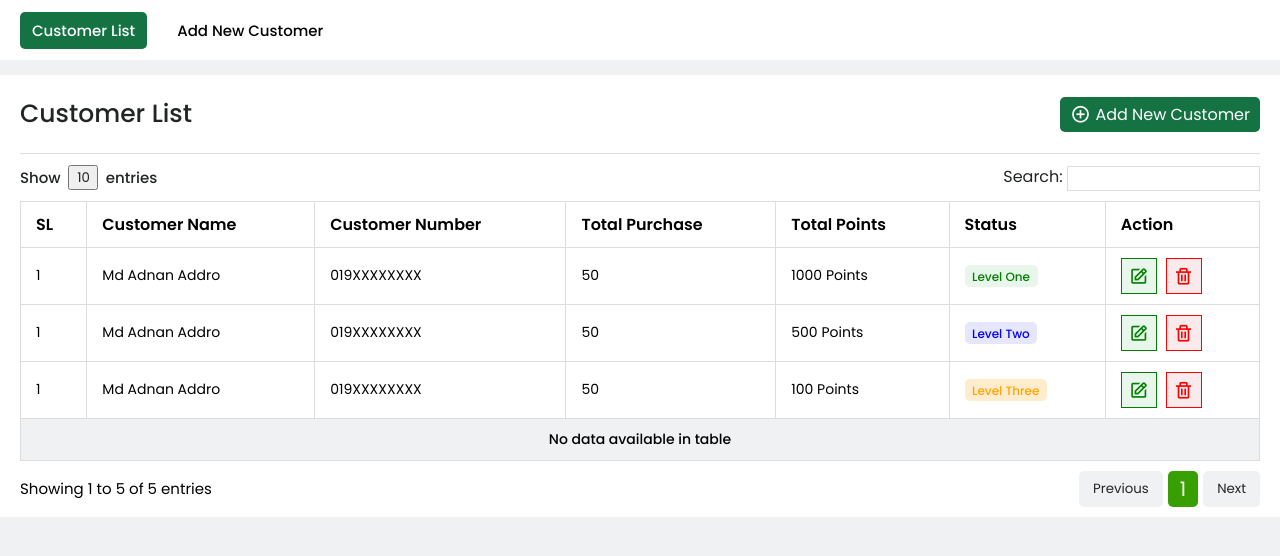
Repository: codebyaddro/customer-page
Page: customer.html
These files come from the project's save history. The page is drawn as it stood at one moment and after a run of saves; the edit follows.
The browser window is 1280 px wide. The pictures show the whole page.

Above is the page before, as saved 2025-02-20 14:52:40.

### customer.html
<!DOCTYPE html>
<html lang="en">
<head>
    <meta charset="UTF-8">
    <meta name="viewport" content="width=device-width, initial-scale=1.0">
    <!-- CSS -->
    <link rel="stylesheet" href="css/customer.css">
    <!-- Icons -->
    <link href='https://unpkg.com/boxicons@2.1.4/css/boxicons.min.css' rel='stylesheet'>
    <title>Customer - Page</title>
</head>
<body style="background-color: var(--gray-white);">
    <div class="cba-customer-container">
        <div class="cba-cusc-top-menus">
            <ul>
                <li><a href="/index.html" class="cba-cusc-active-menu">Customer List</a></li>
                <li><a href="/inner-pages/html/anc.html" class="cba-cusc-light-up">Add New Customer</a></li>
            </ul>
        </div>
        <div class="cba-cusc-list-container">
            <div class="cba-cusc-heading-add-new-btn">
                <div class="cba-cusc-heading">
                    <h2>Customer List</h2>
                </div>
                <div class="cba-cusc-add-new-btn">
                    <i class='cba-cusc-add-icon bx bx-plus-circle'></i>
                    <a href="/inner-pages/html/anc.html">Add New Customer</a>
                </div>
            </div>
            <div class="cba-cusc-list-short-dpdwn-search-box">
                <div class="cba-cusc-list-short-dpdwn">
                    <h3>Show</h3>
                    <select name="10" id="">
                        <option value="">10</option>
                        <option value="">20</option>
                        <option value="">30</option>
                        <option value="">All</option>
                    </select>
                    <h3>entries</h3>
                </div>
                <div class="cba-cusc-search-box">
                    <legend>Search: <input type="text"></legend>
                </div>
            </div>
            <div class="cba-cusc-table-list">
                <table>
                    <thead>
                        <tr>
                            <th title="SL">SL</th>
                            <th title="Code">Customer Name</th>
                            <th title="Category Name">Customer Number</th>
                            <th title="Status">Total Purchase</th>
                            <th title="Status">Total Points</th>
                            <th title="Status">Status</th>
                            <th title="Action">Action</th>
                        </tr>
                    </thead>
                    <tbody>
                        <tr>
                            <td>1</td>
                            <td>Md Adnan Addro</td>
                            <td>019XXXXXXXX</td>
                            <td>50</td>
                            <td><span>1000</span> Points</td>
                            <td><span class="cba-cusc-ls1">Level One</span></td>
                            <td>
                                <a title="Edit" href="#"><i class='cba-cusc-edit-icon bx bx-edit'></i></a>
                                <a title="Delete" href="#"><i class='cba-cusc-delete-icon bx bx-trash'></i></a>
                            </td>
                        </tr>
                        <tr>
                            <td>1</td>
                            <td>Md Adnan Addro</td>
                            <td>019XXXXXXXX</td>
                            <td>50</td>
                            <td><span>500</span> Points</td>
                            <td><span class="cba-cusc-ls2">Level Two</span></td>
                            <td>
                                <a title="Edit" href="#"><i class='cba-cusc-edit-icon bx bx-edit'></i></a>
                                <a title="Delete" href="#"><i class='cba-cusc-delete-icon bx bx-trash'></i></a>
                            </td>
                        </tr>
                        <tr>
                            <td>1</td>
                            <td>Md Adnan Addro</td>
                            <td>019XXXXXXXX</td>
                            <td>50</td>
                            <td><span>100</span> Points</td>
                            <td><span class="cba-cusc-ls3">Level Three</span></td>
                            <td>
                                <a title="Edit" href="#"><i class='cba-cusc-edit-icon bx bx-edit'></i></a>
                                <a title="Delete" href="#"><i class='cba-cusc-delete-icon bx bx-trash'></i></a>
                            </td>
                        </tr>
                        <tr class="cba-cusc-no-data-available">
                            <th colspan="7">No data available in table</th>
                        </tr>
                    </tbody>
                </table>
            </div>
            <div class="cba-cusc-entries-details-list-page-btn">
                <div class="cba-cusc-entries-details">
                    Showing <span>1</span> to <span>5</span> of <span>5</span> entries
                </div>
                <div class="cba-cusc-list-page-btn">
                    <button>Previous</button>
                    <h4><span>1</span></h4>
                    <button>Next</button>
                </div>
            </div>
        </div>
    </div>
</body>
</html>

### css/customer.css
/* -- fonts -- */
@import url('https://fonts.googleapis.com/css2?family=Poppins:ital,wght@0,100;0,200;0,300;0,400;0,500;0,600;0,700;0,800;0,900;1,100;1,200;1,300;1,400;1,500;1,600;1,700;1,800;1,900&family=Raleway:ital,wght@0,100..900;1,100..900&family=Roboto:ital,wght@0,100;0,300;0,400;0,500;0,700;0,900;1,100;1,300;1,400;1,500;1,700;1,900&family=VT323&display=swap');

/* -- root -- */

:root {
    --gray-white: #F0F1F2; /* For body*/
    --white: #FFFFFF;
    --black: #000000;
    --gray-black: #DDDDDD;
    --lt-black: #212523;
    --lt-black-op: #21252350;
    --main-green: #157343;
    --main-lt: #37A000;
    --orange: #FFA500;
    --lt-orange: #FFECCC;
    --green: #008000;
    --lt-green: #e9f6ec;
    --red: #FF0000;
    --lt-red: #fbeaec;
    --blue: #0000FF;
    --lt-blue: #e6e6ff;
}

/* --universal style -- */

* {
    margin: 0;
    padding: 0;
    box-sizing: border-box;
    font-family: "Poppins", serif;
}

/* -- website app text selection cursor style */

::selection {
    color: var(--white);
    background-color: var(--main-lt);
}

/* -- customer container style -- */

.cba-customer-container {
    width: 100%;
    /* margin-top: 25px; */
}

/* -- top menus style--  */

.cba-cusc-top-menus {
    background-color: var(--white);
    display: flex;
    justify-content: left;
    align-items: center;
    height: 60px;
    padding: 10px 40px;
    margin-bottom: 15px;
}

.cba-cusc-top-menus ul {
    list-style-type: none;
    display: flex;
    gap: 30px;
    margin-left: -20px;
}

.cba-cusc-top-menus ul li a {
    text-decoration: none;
    color: var(--black);
    font-size: 15px;
    font-weight: 500;
}

/* -- active menu style -- */

.cba-cusc-active-menu {
    color: var(--white)!important;
    background-color: var(--main-green);
    padding: 8px 12px;
    border-radius: 5px;
}

/* -- menu hover style -- */

.cba-cusc-light-up:hover {
    color: var(--lt-orange);
}

/* -- list container style -- */

.cba-cusc-list-container {
    background-color: var(--white);
    padding: 0px 20px;
}

/* -- heading-add-new-btn style -- */

.cba-cusc-heading-add-new-btn {
    display: flex;
    justify-content: space-between;
    align-items: center;
    border-bottom: 1px solid var(--gray-black);
    padding: 20px 0px;
}

.cba-cusc-heading h2 {
    color: var(--lt-black);
    font-size: 25px;
    font-weight: 500;
}

/* -- add-new-btn style -- */

.cba-cusc-add-new-btn {
    display: flex;
    gap: 5px;
    justify-content: baseline;
    align-items: center;
}

.cba-cusc-add-new-btn {
    background-color: var(--main-green);
    padding: 5px 10px;
    border-radius: 5px;
}

.cba-cusc-add-new-btn a {
    color: var(--white);
    text-decoration: none;
}

.cba-cusc-add-icon {
    color: var(--white);
    font-size: 20px;
}

/* -- list-short-dpdwn-search-box style -- */

.cba-cusc-list-short-dpdwn-search-box {
    display: flex;
    justify-content: space-between;
    align-items: center;
    padding: 10px 0px;
}

/* -- list-short-dpdwn style -- */

.cba-cusc-list-short-dpdwn {
    display: flex;
    gap: 7.5px;
    align-items: center;
}

.cba-cusc-list-short-dpdwn h3 {
    color: var(--lt-black);
    font-size: 15px;
    font-weight: 500;
}

.cba-cusc-list-short-dpdwn select {
    color: var(--lt-black);
    appearance: none;
    height: 25px;
    width: 30px;
    padding-left: 8px;
    outline: none;
    border-radius: 2.5px;
}

/* -- search-box style -- */

.cba-cusc-search-box {
    display: flex;
    align-items: center;
}

.cba-cusc-search-box legend {
    color: var(--lt-black);
}

.cba-cusc-search-box input {
    outline: none;
    height: 25px;
    width: 193px;
    border: 1px solid var(--gray-black);
}

/* -- table-list style --*/

table {
    border-collapse: collapse;
    width: 100%;
}

@media (max-width: 768px) {
    table {
        width: 100%;
        padding: 0rem;
        display: block;
        overflow-x: scroll;
        overflow-y: hidden;
        scrollbar-width: thin;
        scrollbar-color: var(--black);
    }
}

/* -- thead style -- */

thead {
    cursor: pointer;
}

th, td {
    border: 1px solid var(--gray-black);
    padding: 10px 15px;
}

thead tr th {
    font-size: 1rem;
    font-weight: 600;
    text-align: left;
}

tbody tr td {
    font-size: 0.875rem;
}

tbody tr:hover {
    background-color: var(--gray-white);
}

/* -- tbody style -- */

/* status style */

.cba-cusc-ls1 {
    color: var(--green);
    background-color: var(--lt-green);
    font-size: 12px;
    font-weight: 500;
    padding: 2.5px 7.5px;
    border-radius: 5px;
}

.cba-cusc-ls2 {
    color: var(--blue);
    background-color: var(--lt-blue);
    font-size: 12px;
    font-weight: 500;
    padding: 2.5px 7.5px;
    border-radius: 5px;
}

.cba-cusc-ls3 {
    color: var(--orange);
    background-color: var(--lt-orange);
    font-size: 12px;
    font-weight: 500;
    padding: 2.5px 7.5px;
    border-radius: 5px;
}

/* -- action style -- */

.cba-cusc-edit-icon {
    color: var(--green);
    background-color: var(--lt-green);
    padding: 7px 7px;
    margin-right: 2.5px;
    border: 1px solid var(--green);
    font-size: 20px;
}

.cba-cusc-edit-icon:hover {
    background-color: var(--lt-black-op);
}

.cba-cusc-delete-icon {
    color: var(--red);
    background-color: var(--lt-red);
    padding: 7px 7px;
    margin-left: 2.5px;
    border: 1px solid var(--red);
    font-size: 20px;
}

.cba-cusc-delete-icon:hover {
    background-color: var(--lt-black-op);
}

/* -- no data style */

.cba-cusc-no-data-available th {
    font-size: 14px;
    font-weight:500;
    color: var(--black);
    background-color: var(--gray-white);
}

/* -- entries-details-list-page-btn style -- */

.cba-cusc-entries-details-list-page-btn {
    display: flex;
    justify-content: space-between;
    align-items: center;
    padding: 10px 0px;
}

.cba-cusc-entries-details {
    color: var(--black);
    font-size: 15px;
}

.cba-cusc-list-page-btn {
    display: flex;
    gap: 5px;
    align-items: center;
}

.cba-cusc-list-page-btn > button {
    color: var(--lt-black);
    background-color: var(--gray-white);
    padding: 8px 14px;
    border: none;
    border-radius: 5px;
    cursor: pointer;
}

.cba-cusc-list-page-btn > h4 {
    color: var(--white);
    background-color: var(--main-lt);
    font-size: 20px;
    font-weight: 400;
    padding: 3px 12px;
    border-radius: 5px;
}

After the next 3 saves:
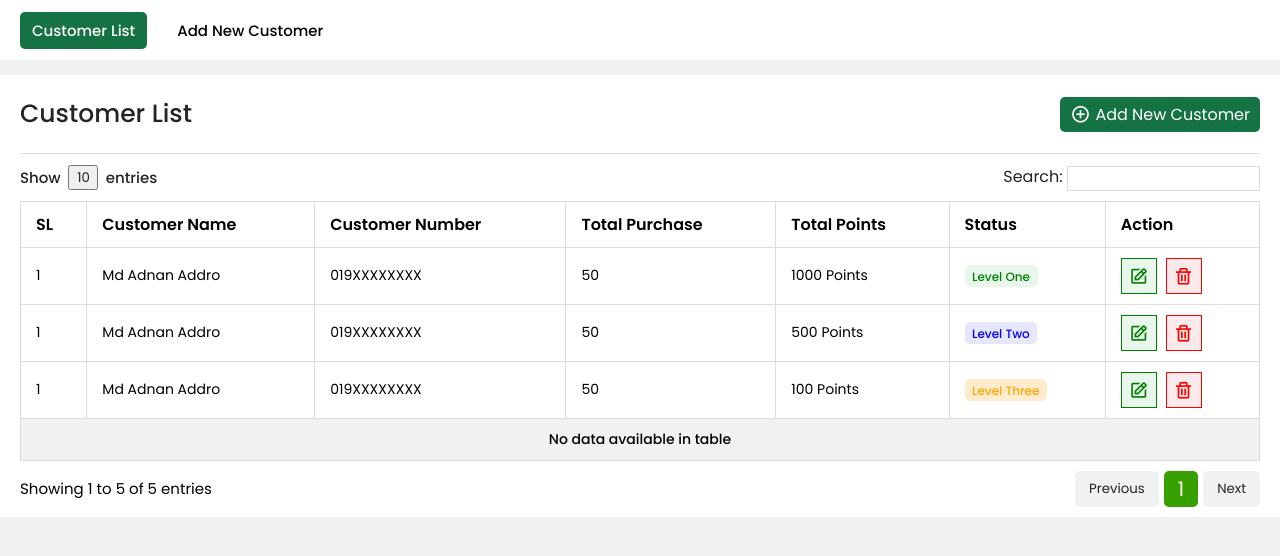
The 3 saves are shown as one change because they came seconds apart.
The last was saved 15 s later.
--- a/css/customer.css
+++ b/css/customer.css
@@ -331,6 +331,6 @@ tbody tr:hover {
     background-color: var(--main-lt);
     font-size: 20px;
     font-weight: 400;
-    padding: 3px 12px;
-    border-radius: 5px;
-}
+    padding: 3px 14px;
+    border-radius: 5px;
+}
